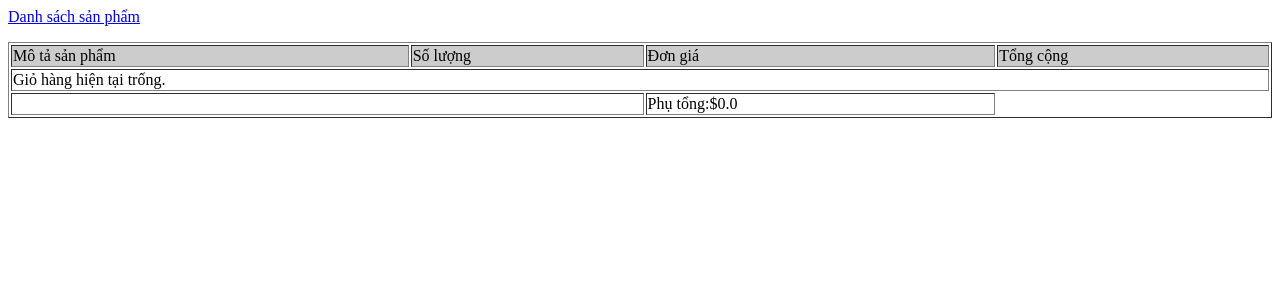
Repository: buikhacthang91042/Nam4_Ki1
Page: http://localhost/Tuan04_Bai2/ShoppingCart.jsp
The author's editor kept a copy of each file at every save. The page is drawn from the files as they stood at one save, then again after the next save.
The browser window is 1280 px wide. The pictures show the whole page.
The page is served by Tomcat 10. Other server files are loaded and not shown. The template is opened directly, without the code that normally fills it, so the values that code supplies are empty.

Above is the page before, as saved 2024-10-03 11:59:39.

### WWW/Tuan04/Tuan04_Bai2/src/main/webapp/ShoppingCart.jsp
<%@ page contentType="text/html;charset=UTF-8" language="java" pageEncoding="UTF-8"%>
<jsp:useBean id="cart" scope="session" class="model.CartBean" />
<%@ taglib uri="http://java.sun.com/jsp/jstl/functions" prefix="fn" %>
<%@ taglib prefix="c" uri="jakarta.tags.core"%>
<!DOCTYPE HTML PUBLIC "-//W3C//DTD HTML 4.01 Transitional//EN">
<html>
<head>
 <meta http-equiv="Content-Type" content="text/html; charset=UTF-8">
<title>Giỏ hàng</title></head>
<body>
    <p><a href="/Tuan03_Bai04/ProductListController">Danh sách sản phẩm</a></p>

    <table width="100%" border="1">
        <tr bgcolor="#CCCCCC">
            <td>Mô tả sản phẩm</td>
            <td>Số lượng</td>
            <td>Đơn giá</td>
            <td>Tổng cộng</td>
        </tr>


            <tr>
                <td colspan="4">
                <c:if test="${cart.lineItemCount==0}">
                Giỏ hàng hiện tại trống.<br />
                </c:if></td>
            </tr>


        <c:forEach var="cartItem" items="${cart.cartItems}" varStatus="counter">
            <form name="item" method="POST" action="/Tuan03_Bai04/CartController">
                <tr>
                    <td>
                        <c:out value="${cartItem.partNumber}" /><b><br /></b>
                        <c:out value="${cartItem.modelDescription}" />
                    </td>
                    <td>
                        <input type="hidden" name="itemIndex" value='<c:out value="${counter.count}"/>' />
                        <input type="text" name="quantity" value='<c:out value="${cartItem.quantity}" />' size="2" />
                        <input type="submit" name="action" value="Update" />
                        <input type="submit" name="action" value="Delete" />
                    </td>
                    <td>$<c:out value="${cartItem.unitCost}" /></td>
                    <td>$<c:out value="${cartItem.totalCost}" /></td>
                </tr>
            </form>
        </c:forEach>

        <tr>
            <td colspan="2"></td>

            <td>Phụ tổng:$<c:out value="${cart.orderTotal}" /></td>
        </tr>
    </table>
</body>
</html>

### WWW/Tuan04/Tuan04_Bai2/src/main/java/model/CartBean.java
package model;

import java.util.ArrayList;

public class CartBean {
	private ArrayList<CartItemBean> alCartItems = new ArrayList<CartItemBean>();
	private double dblOrderTotal;
	public int getLineItemCount() {
		return alCartItems.size();
	}
	protected void calculateOrderTotal() {
		double dblTotal = 0;
		for (int i = 0; i < alCartItems.size(); i++) {
			CartItemBean cartItem = (CartItemBean) alCartItems.get(i);
			dblTotal += cartItem.getTotalCost();
		}
		setOrderTotal(dblTotal);
	}
	public void deleteCartItem(String strItemIndex) {
		int iITemIndex = 0;
		try {
			iITemIndex = Integer.parseInt(strItemIndex);
			alCartItems.remove(iITemIndex-1);
			calculateOrderTotal();
		} catch (Exception e) {
			// TODO: handle exception
		}
	}
	public void upateCartItem(String srtItemIndex, String strQuantity) {
		double dblTotalCost= 0.0;
		double dblUnitCost= 0.0;
		int iQuantity = 0;
		int iItemIndex= 0;
		CartItemBean cartItem = null;
		try {
			iItemIndex = Integer.parseInt(srtItemIndex);
			iQuantity = Integer.parseInt(strQuantity);
			if(iQuantity > 0) {
				cartItem = alCartItems.get(iItemIndex-1);
				dblUnitCost = cartItem.getUnitCost();
				dblTotalCost = dblUnitCost * iQuantity;
				cartItem.setQuantity(iQuantity);
				cartItem.setTotalCost(dblTotalCost);
				calculateOrderTotal();
			}
		} catch (Exception e) {
			// TODO: handle exception
		}
		}
	public CartItemBean getCartItem(int iItemIndex) {
		CartItemBean cartItem = null;
		if(alCartItems.size() > iItemIndex) {
			cartItem =(CartItemBean) alCartItems.get(iItemIndex);
		}
		return cartItem;
	}
	public void addCartItem(String strModelNo, String strDescription, String strUnitCost, String strQuantity) {
		double dblTotalCost = 0.0;
		double dblUnitCost = 0.0;
		int iQuantity = 0;
		CartItemBean cartItem = new CartItemBean();
		try {
			dblUnitCost = Double.parseDouble(strUnitCost);
			iQuantity = Integer.parseInt(strQuantity);
			if(iQuantity>0) {
				dblTotalCost  = dblUnitCost * iQuantity;
				cartItem.setPartNumber(strModelNo);
				cartItem.setModelDescription(strDescription);
				cartItem.setUnitCost(dblUnitCost);
				cartItem.setQuantity(iQuantity);
				cartItem.setTotalCost(dblTotalCost);
				alCartItems.add(cartItem);
				calculateOrderTotal();
			}
		} catch (Exception e) {
			// TODO: handle exception
		}
	}
	public void addCartItem(CartItemBean cartItem) {
		alCartItems.add(cartItem);
	}
	public ArrayList<CartItemBean> getCartItems() {
		return alCartItems;
	}
	public void setCartItems(ArrayList<CartItemBean> alCartItems) {
		this.alCartItems = alCartItems;
	}
	public double getOrderTotal() {
		return dblOrderTotal;
	}
	public void setOrderTotal(double dblOrderTotal) {
		this.dblOrderTotal = dblOrderTotal;
	}


}

### WWW/Tuan04/Tuan04_Bai2/src/main/java/model/CartItemBean.java
package model;

public class CartItemBean {
	private String strPartNumber;
	private String strModelDescription;
	private double dblUnitCost;
	private int iQuantity;
	private double dblTotalCost;
	public String getPartNumber() {
		return strPartNumber;
	}
	public void setPartNumber(String strPartNumber) {
		this.strPartNumber = strPartNumber;
	}
	public String getModelDescription() {
		return strModelDescription;
	}
	public void setModelDescription(String strModelDescription) {
		this.strModelDescription = strModelDescription;
	}
	public double getUnitCost() {
		return dblUnitCost;
	}
	public void setUnitCost(double dbUnitCost) {
		this.dblUnitCost = dbUnitCost;
	}
	public int getQuantity() {
		return iQuantity;
	}
	public void setQuantity(int Quantity) {
		this.iQuantity = Quantity;
	}
	public double getTotalCost() {
		return dblTotalCost;
	}
	public void setTotalCost(double dblTotalCost) {
		this.dblTotalCost = dblTotalCost;
	}


}

After the next save:
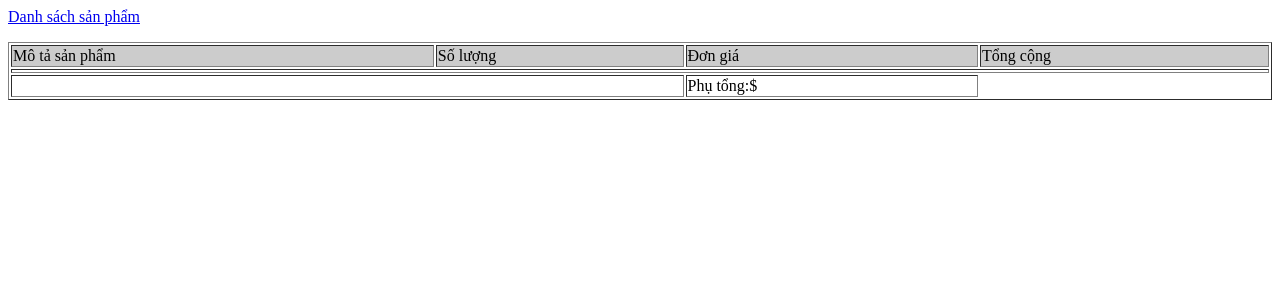
Saved 2 min 15 s later.
--- a/WWW/Tuan04/Tuan04_Bai2/src/main/webapp/ShoppingCart.jsp
+++ b/WWW/Tuan04/Tuan04_Bai2/src/main/webapp/ShoppingCart.jsp
@@ -1,5 +1,5 @@
 <%@ page contentType="text/html;charset=UTF-8" language="java" pageEncoding="UTF-8"%>
-<jsp:useBean id="cart" scope="session" class="model.CartBean" />
+
 <%@ taglib uri="http://java.sun.com/jsp/jstl/functions" prefix="fn" %>
 <%@ taglib prefix="c" uri="jakarta.tags.core"%>
 <!DOCTYPE HTML PUBLIC "-//W3C//DTD HTML 4.01 Transitional//EN">

After the save that followed:
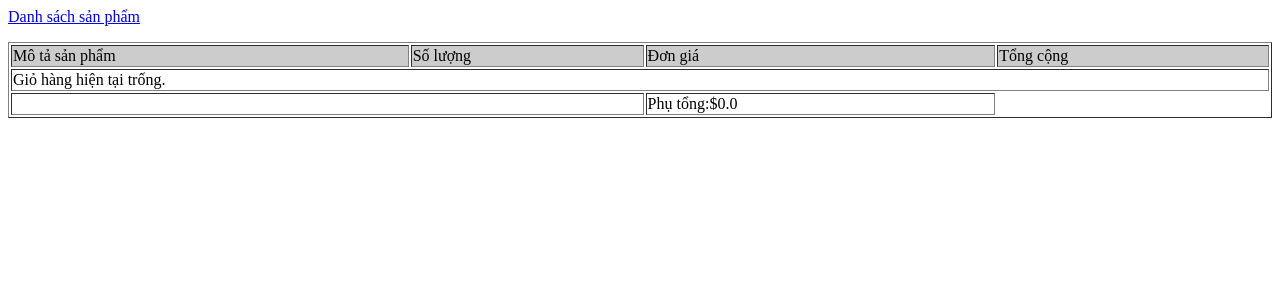
Saved 4 s later.
--- a/WWW/Tuan04/Tuan04_Bai2/src/main/webapp/ShoppingCart.jsp
+++ b/WWW/Tuan04/Tuan04_Bai2/src/main/webapp/ShoppingCart.jsp
@@ -1,5 +1,5 @@
 <%@ page contentType="text/html;charset=UTF-8" language="java" pageEncoding="UTF-8"%>
-
+<jsp:useBean id="cart" scope="session" class="model.CartBean" />
 <%@ taglib uri="http://java.sun.com/jsp/jstl/functions" prefix="fn" %>
 <%@ taglib prefix="c" uri="jakarta.tags.core"%>
 <!DOCTYPE HTML PUBLIC "-//W3C//DTD HTML 4.01 Transitional//EN">
